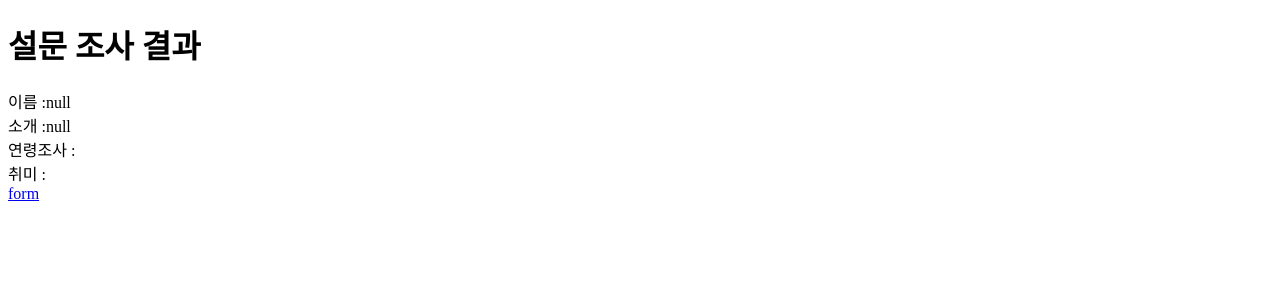
Repository: KimJaeHwan98/tomcat01
Page: http://localhost/3_req_res/quiz/ex01_result.jsp
These files come from the project's save history. The page is drawn as it stood at one moment and after the next save; the edit follows.
The browser window is 1280 px wide. The pictures show the whole page.
The page is served by Tomcat 9.

Above is the page before, as saved 2024-04-29 06:31:11.

After the next save:
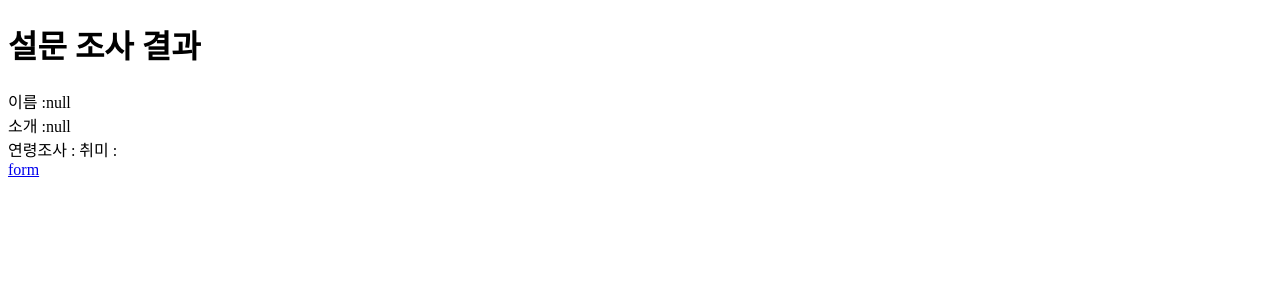
Saved 50 s later.
--- a/3_req_res/src/main/webapp/quiz/ex01_result.jsp
+++ b/3_req_res/src/main/webapp/quiz/ex01_result.jsp
@@ -16,10 +16,10 @@
 	String[] chks1 = request.getParameterValues("radio");
 	if(chks1 != null)
 	for(String s : chks1) {
-		out.print(s + "<br>");
+		out.print(s);
 	}
 
-	%><br>
+	%>
 취미 : <%
 	String[] chks = request.getParameterValues("chk");
 	if(chks != null)
